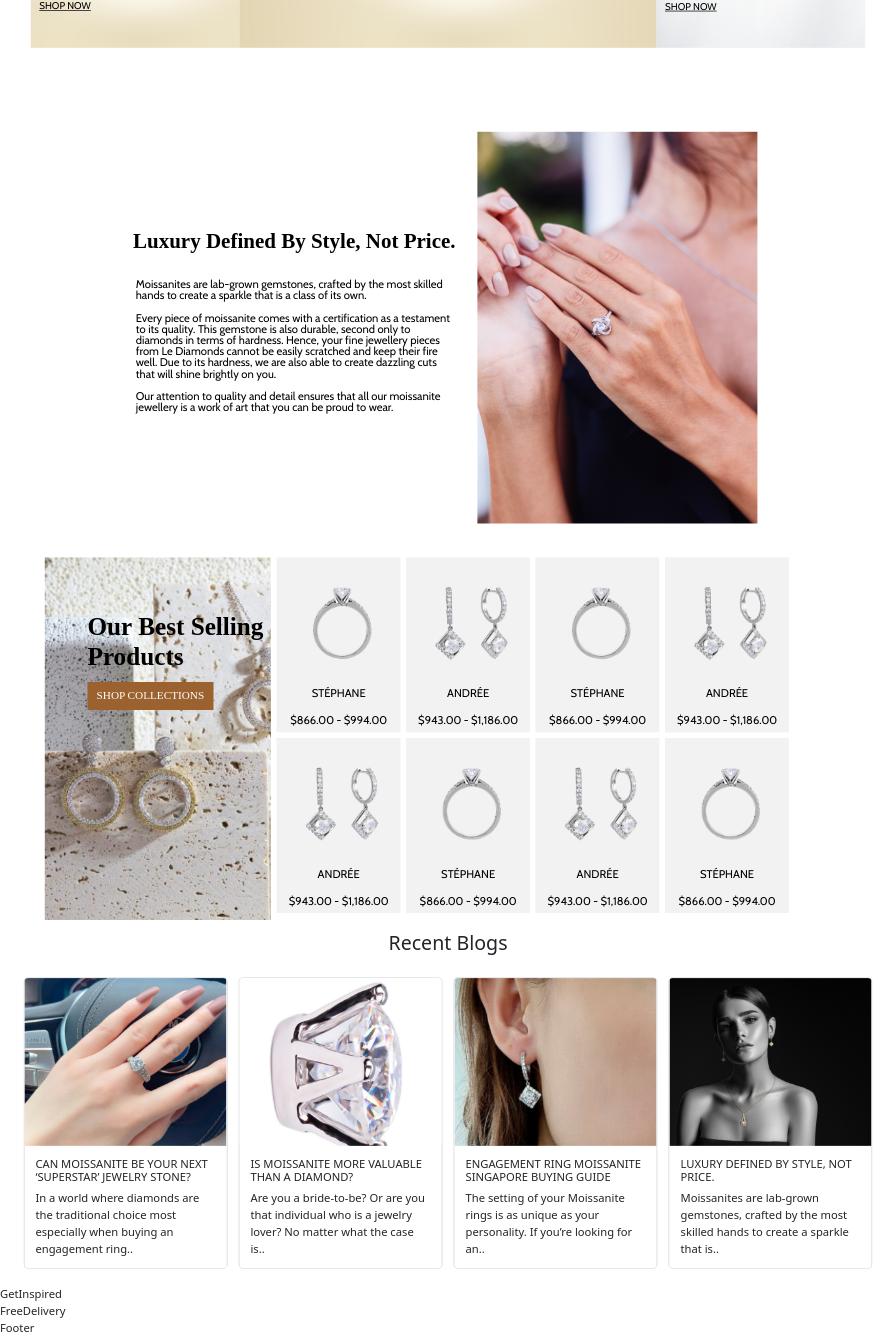
Repository: farrelmuhammad/lediamonds-vi8e
Page: /
These files come from the project's save history. The page is drawn as it stood at one moment and after the next save; the edit follows.
The browser window is 1280 px wide. The pictures show the part of the page from y = 1545 to 3465 px (the page is 3454 px tall before and 3465 px after), at 70% of full size.
The project was rebuilt for these pictures with package versions that can differ from the ones it lists, and the page was loaded fresh each time. Also part of the build but not shown: src/App.css.

Above is the page before, as saved 2022-09-17 15:24:37.

After the next save:
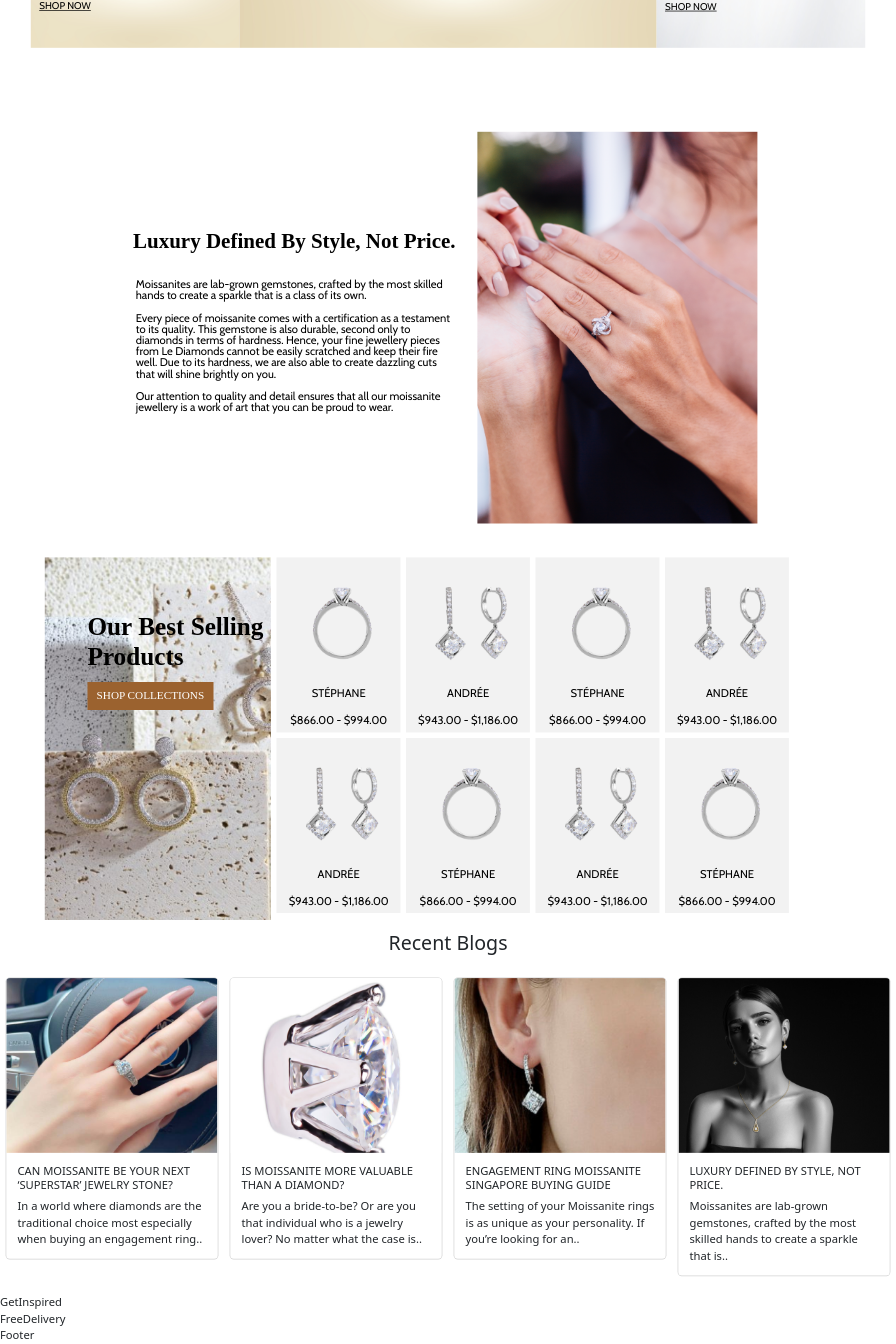
Saved 13 s later.
--- a/src/components/Blogs.jsx
+++ b/src/components/Blogs.jsx
@@ -12,7 +12,7 @@ const Blogs = () => {
       </div>
       <div class="d-flex flex-row justify-content-center mb-3">
         <div class="p-2 bd-highlight">
-          <div class="card" style={{ width: "18.2rem" }}>
+          <div class="card" style={{ width: "19rem" }}>
             <img src={Blog1} class="card-img-top" alt="..." />
             <div class="card-body">
               <h6 class="card-title">
@@ -26,7 +26,7 @@ const Blogs = () => {
           </div>
         </div>
         <div class="p-2 bd-highlight">
-          <div class="card" style={{ width: "18.2rem" }}>
+          <div class="card" style={{ width: "19rem" }}>
             <img src={Blog2} class="card-img-top" alt="..." />
             <div class="card-body">
               <h6 class="card-title">
@@ -40,7 +40,7 @@ const Blogs = () => {
           </div>
         </div>
         <div class="p-2 bd-highlight">
-          <div class="card" style={{ width: "18.2rem" }}>
+          <div class="card" style={{ width: "19rem" }}>
             <img src={Blog3} class="card-img-top" alt="..." />
             <div class="card-body">
               <h6 class="card-title">
@@ -54,7 +54,7 @@ const Blogs = () => {
           </div>
         </div>
         <div class="p-2 bd-highlight">
-          <div class="card" style={{ width: "18.2rem" }}>
+          <div class="card" style={{ width: "19rem" }}>
             <img src={Blog4} class="card-img-top" alt="..." />
             <div class="card-body">
               <h6 class="card-title">LUXURY DEFINED BY STYLE, NOT PRICE.</h6>
